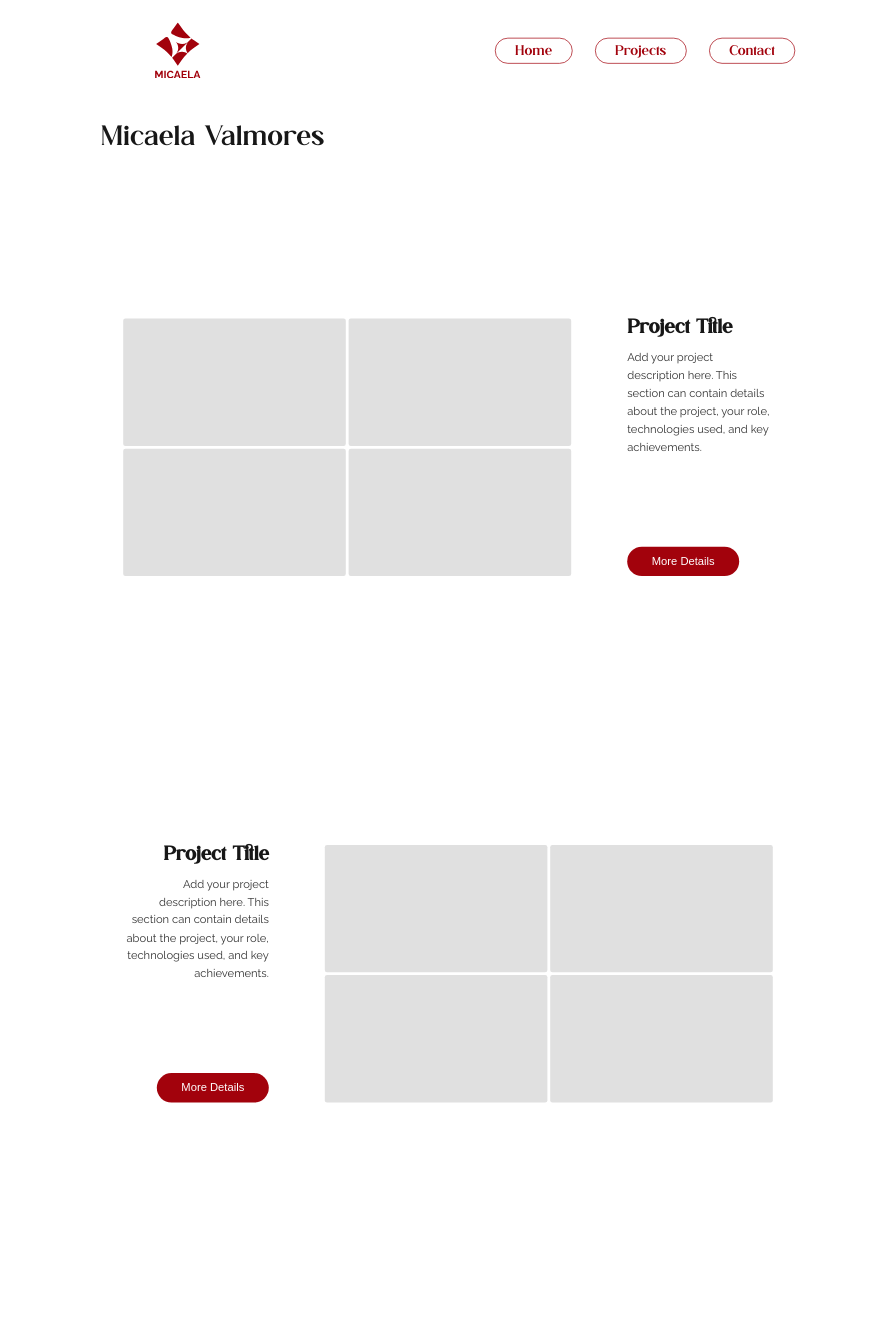
Repository: Micaelavalmores/Micaela-Portfolio
Page: /home-page
These files come from the project's save history. The page is drawn as it stood at one moment and after the next save; the edit follows.
The browser window is 1280 px wide. The pictures show the part of the page from y = 0 to 1920 px (the page is 3287 px tall), at 70% of full size.
The project was rebuilt for these pictures with package versions that can differ from the ones it lists, and the page was loaded fresh each time. The framework's server and built-in components were replaced by stand-ins that run in the browser. Also part of the build but not shown: next.config.mjs.

Above is the page before, as saved 2026-01-27 12:48:26.

After the next save:
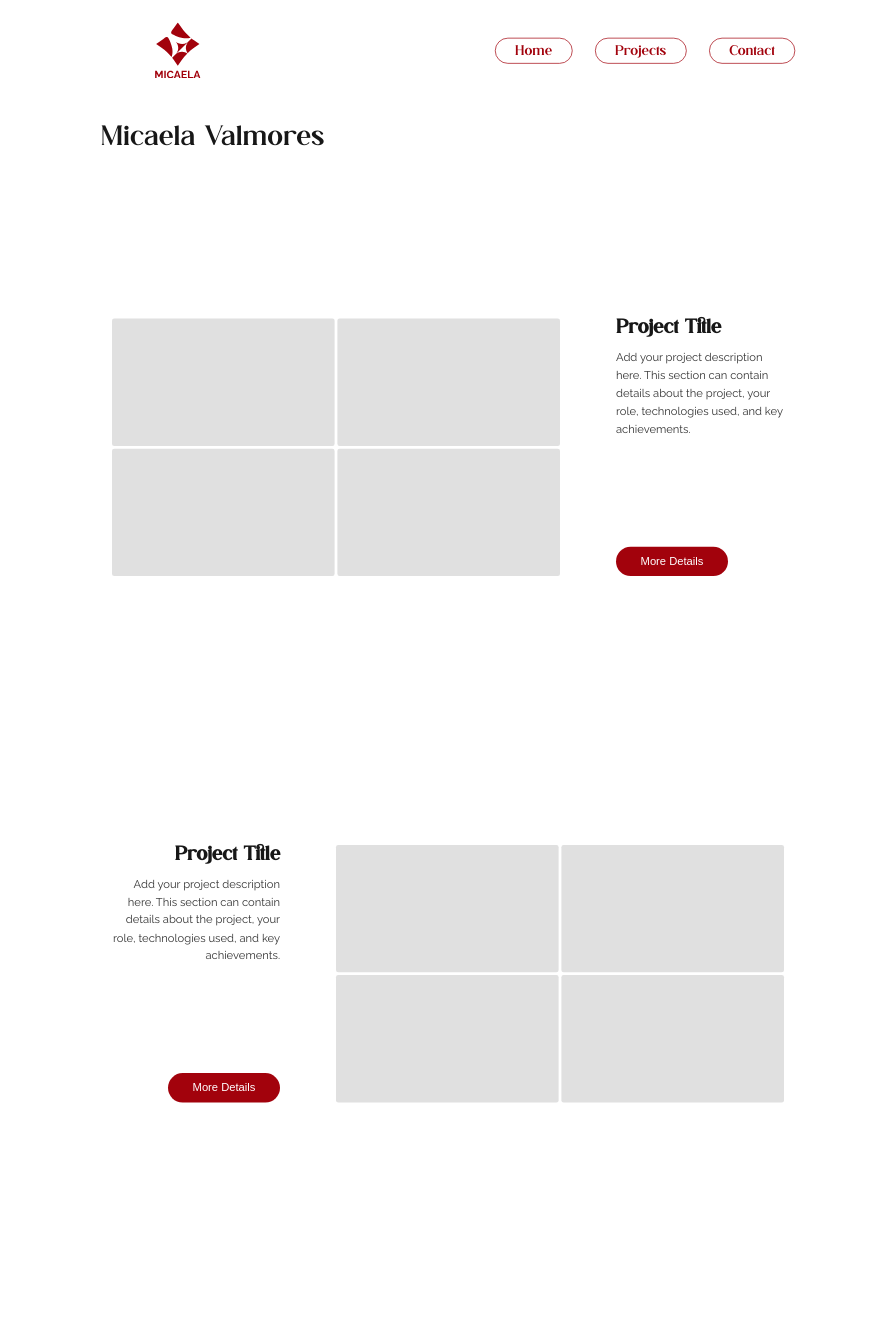
Saved 10 s later.
--- a/app/components/FtProj.module.css
+++ b/app/components/FtProj.module.css
@@ -4,7 +4,7 @@
   display: grid;
   grid-template-columns: 1fr 1fr;
   gap: 5rem;
-  padding: 1rem;
+  padding: 1rem 0;
   margin: 10rem 0;
 }
 
